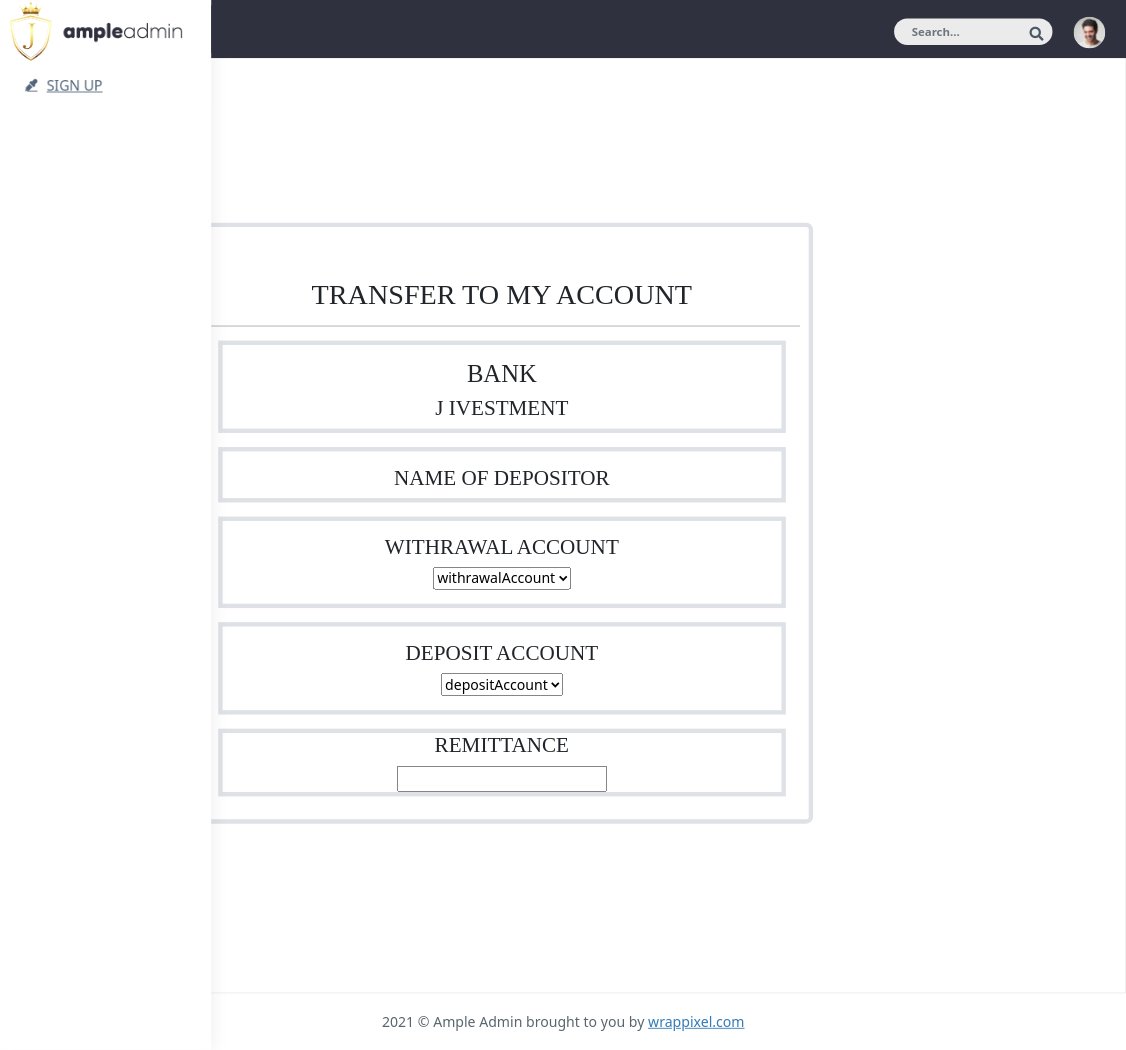
Repository: chopilyeon/HanaOpenBanking
Page: http://localhost/OpenBanking/jsp/bank/transferToMyAccount.jsp
These files come from the project's save history. The page is drawn as it stood at one moment and after the next save; the edit follows.
The browser window is 1280 px wide. The pictures show the whole page, at 88% of full size.
Some web fonts or font styles are not loaded; a fallback is used. The page is served by Tomcat 9.

Above is the page before, as saved 2022-07-17 09:43:01.
Console error: TypeError: Cannot read properties of null (reading 'querySelector')

After the next save:
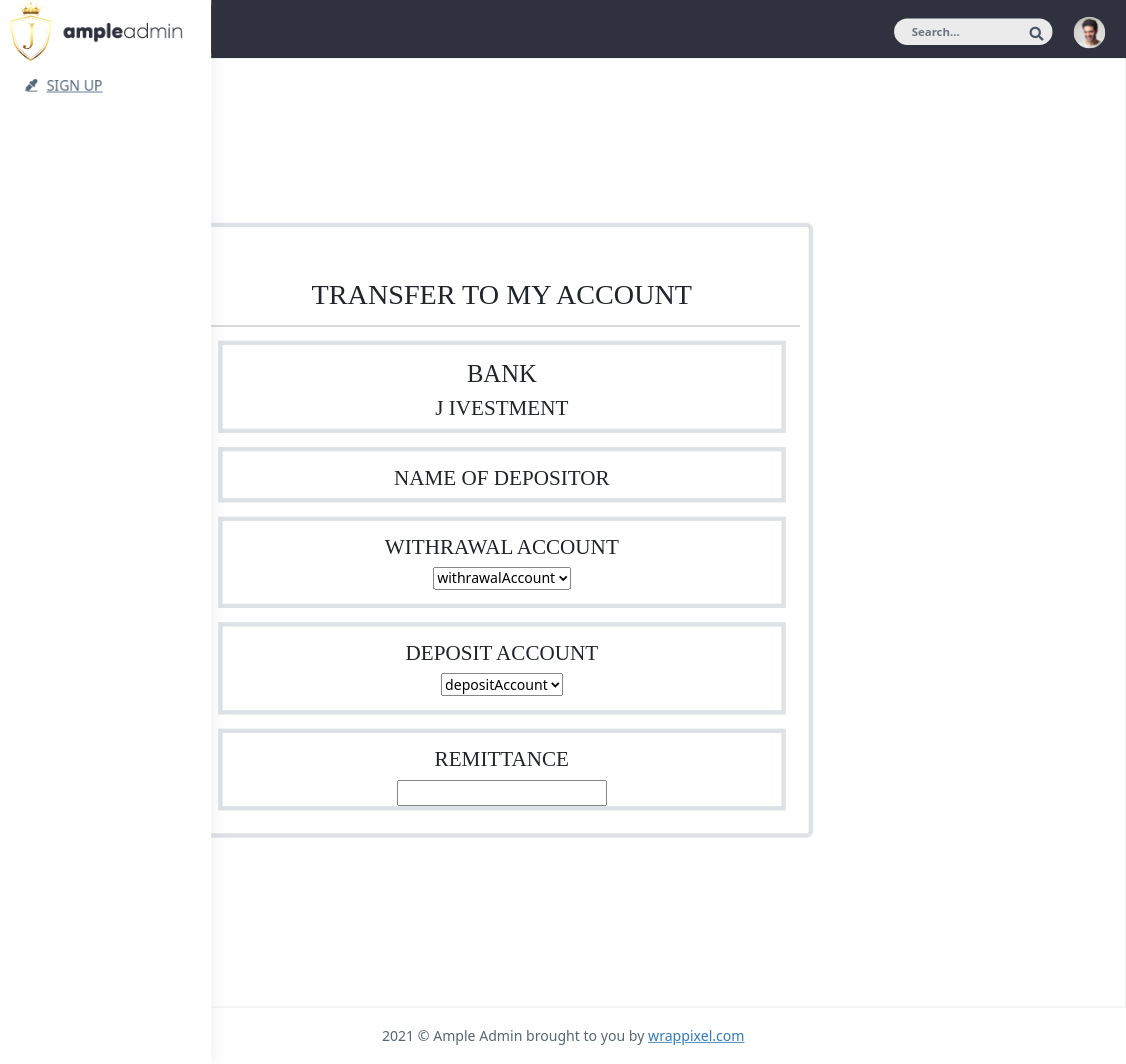
Saved 46 s later.
--- a/OpenBanking/src/main/webapp/jsp/bank/transferToMyAccount.jsp
+++ b/OpenBanking/src/main/webapp/jsp/bank/transferToMyAccount.jsp
@@ -86,7 +86,7 @@
 							</select>
 						</div>
 						<div class="box-text m-3 border">
-						<h4>REMITTANCE</h4>
+						<h4 class="mt-3">REMITTANCE</h4>
 							<input type="number" name="remittance" >
 						</div>
 
